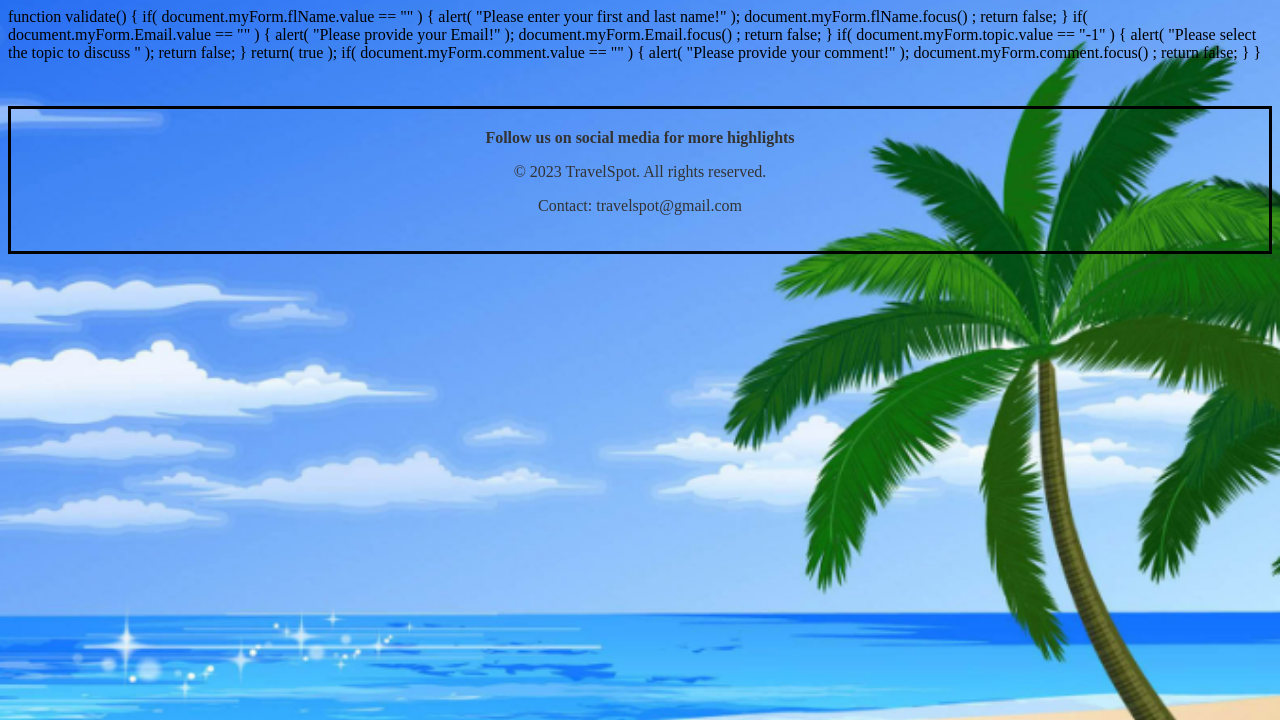
Repository: vRia4/INST728J-Victoria-Nathaniel
Page: Project/info.html
An editor plug-in stored every save of this project. The page is shown before and after the next save, followed by the edit.
The browser window is 1280 px wide. The pictures show the whole page.

Above is the page before, as saved 2023-08-11 17:32:18.

After the next save:
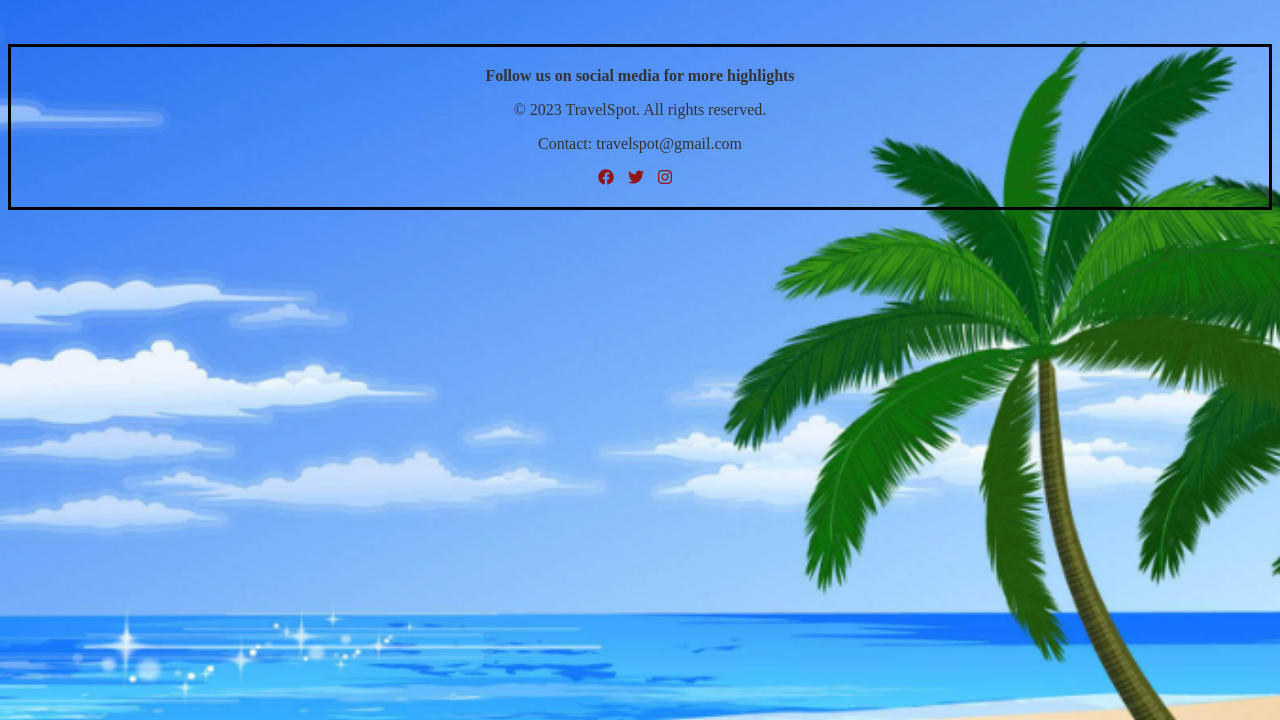
Saved 4 s later.
--- a/Project/info.html
+++ b/Project/info.html
@@ -1,8 +1,8 @@
 <html>
 	<head>
-		<!-- <title>Contact Us</title>
+		<title>Contact Us</title>
 		<link rel="stylesheet" href="https://cdnjs.cloudflare.com/ajax/libs/font-awesome/6.0.0-beta3/css/all.min.css">
-    	<script type = "text/javascript"> -->
+    	<script type = "text/javascript">
 
 			function validate() {
 
